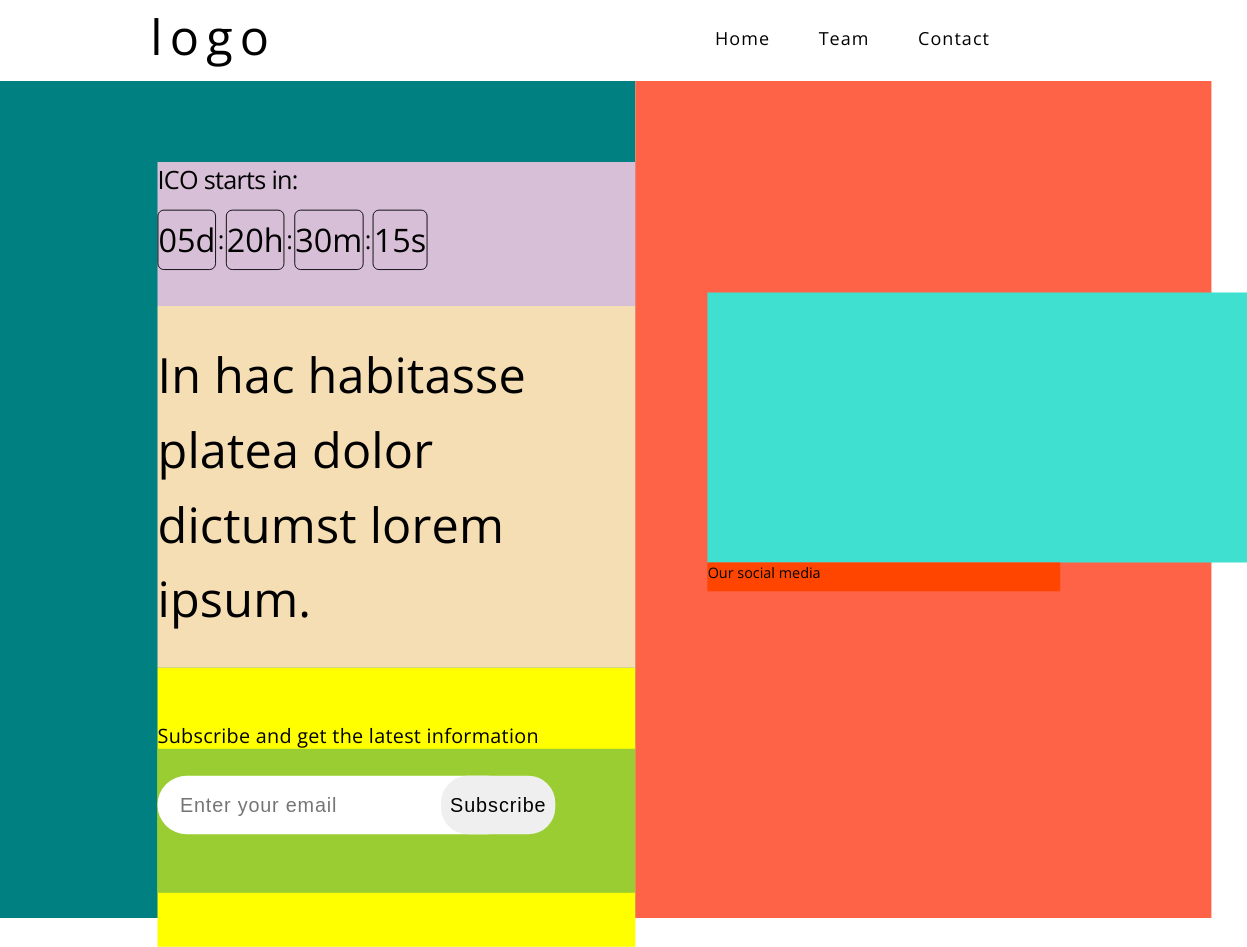
Repository: McGregorSt/newOne
Page: index.html
These files come from the project's save history. The page is drawn as it stood at one moment and after the next save; the edit follows.
The browser window is 1280 px wide. The page is 1386 px wide, so the pictures cover 1386 px, including what lies to the right of the window. The pictures show the whole page, at 90% of full size.

Above is the page before, as saved 2019-12-13 18:44:49.

### index.html
<!DOCTYPE html>
<html lang="en">
<head>
  <meta charset="UTF-8">
  <meta name="viewport" content="width=device-width, initial-scale=1.0">
  <meta http-equiv="X-UA-Compatible" content="ie=edge">
  <link rel="stylesheet" href="css/style.css">
  <link href="https://fonts.googleapis.com/css?family=Open+Sans:300,300i,400,400i,600,600i,700,700i,800,800i&display=swap" rel="stylesheet">
  <title>Ethworks</title>
</head>
<body>
  <div class="container">
    <section class="header">
      <div class="logo">logo</div>
      <ul class="menu">
        <li class="menu__item">Home</li>
        <li class="menu__item">Team</li>
        <li class="menu__item">Contact</li>
      </ul>
    </section>
    <section class="main">
      <div class="subs">
        <div class="subs__timer">
          <span class="subs__timer__header">ICO starts in:</span>
          <div class="subs__timer__global">
            <div class="subs__timer__item">05d</div>
            <div class="subs__timer__item">:</div>
            <div class="subs__timer__item">20h</div>
            <div class="subs__timer__item">:</div>
            <div class="subs__timer__item">30m</div>
            <div class="subs__timer__item">:</div>
            <div class="subs__timer__item">15s</div>
          </div>
        </div>
        <div class="subs__article">In hac habitasse platea dolor dictumst lorem ipsum.</div>
        <div class="subs__email">
          <span class="subs__email__header">Subscribe and get the latest information</span>
          <div class="subs__email__content">
            <input type="email" class="subs__email__input" placeholder="Enter your email">
            <button type="submit" class="subs__email__button">Subscribe</button>
          </div>
        </div>
      </div>
      <div class="media">
        <div class="media__media">
          <div class="media__player"></div>
          <div class="media__social">
            <span class="media__social__header">Our social media</span>
            <div class="media__social__tt"></div>
            <div class="media__social__fb"></div>
            <div class="media__social__md"></div>
            <div class="media__social__gh"></div>
            <div class="media__social__mail"></div>
        </div>
        </div>
      </div>
    </section>
    <section class="team"></section>
    <section class="footer"></section>
  </div>
</body>
<script src="js/app.js">


</script>
</html>

### css/style.css
body {
  margin: 0;
  padding: 0;
  box-sizing: border-box;
  font-family: 'Open Sans', sans-serif;
  overflow-y: scroll;
}
/* section header */
.header {
  height: 95px;
  margin: auto;
  margin-top: -5px;
  display: flex;
  justify-content: space-between;
  align-items: center;
  padding: 0 180px;
}
.logo {
  margin-left: -13px;
  margin-top: -5px;
  font-size: 54px;
  letter-spacing: 8px;
}
.menu {
  list-style: none;
  display: flex;
  letter-spacing: 1.15px;
  /* font-weight: 300; */
  /* justify-content: space-between; */
  font-size: 20px;
}
.menu__item {
  padding: 0 0 0 54px;
}


/* section main */
.main {
  height: 930px;
  display: flex;
}
.subs {
  width: 50%;
  font-size: 28px;
  background-color: teal;
  display: flex;
  flex-direction: column;
  padding: 90px 0 60px 175px;
}
.subs__timer {
  background-color: thistle;
}
.subs__timer__header {
  letter-spacing: -0.8px;
}
.subs__timer__global {
  width: 56.4%;
  display: flex;
  justify-content: space-between;
  padding: 15px 0 40px 0 ;
}
.subs__timer__item {
  width: 88px;
  height: 65px;
  display: flex;
  justify-content: center;
  align-items: center;
}
.subs__timer__item:nth-child(2n+2) {

}
.subs__timer__item:nth-child(2n+1) {
  width: 40%;
  border: 1px solid #000;
  font-size: 36px;
  border-radius: 7px;
}
.subs__article {
  font-size: 54px;
  letter-spacing: 0.2px;
  line-height: 83px;
  padding: 35px 0;
  background-color: wheat;

}
.subs__email {
  background-color: yellow;
  display: flex;
  flex-direction: column;
  font-size: 22px;
  letter-spacing: 0.3px;
  padding: 60px 0;
}
.subs__email__content {
  background-color: yellowgreen;
  height: 100px;
  padding: 30px 0;
}
.subs__email__input {
  height: 63%;
  width: 70%;
  border-radius: 40px;
  font-size: 22px;
  padding-left: 25px;
  letter-spacing: 0.9px;
  outline: none;
  border: 0;
}
.subs__email__input::placeholder {
  /* padding-left: 25px; */
}
.subs__email__button {
  height: 65%;
  width: 24%;
  margin-left: -90px;
  font-size: 22px;
  letter-spacing: 1.05px;
  border: 0;
  border-radius: 30px;
}

.media {
  /* height: 80%; */
  width: 50%;
  background-color: tomato;
  display: flex;
  flex-direction: column;
}
.media__media {
  padding: 235px 0 0 80px;
}
.media__player {
  width: 600px;
  height: 300px;
  background-color: turquoise;
}
.media__social {
  width: 70%;
  height: 10%;
  background-color: orangered;
}



/*
  section team
*/


/* section footer */

### js/app.js
let chi = document.querySelectorAll('.subs__timer__global:nth-child(2n+1)')
console.log(chi)

After the next save:
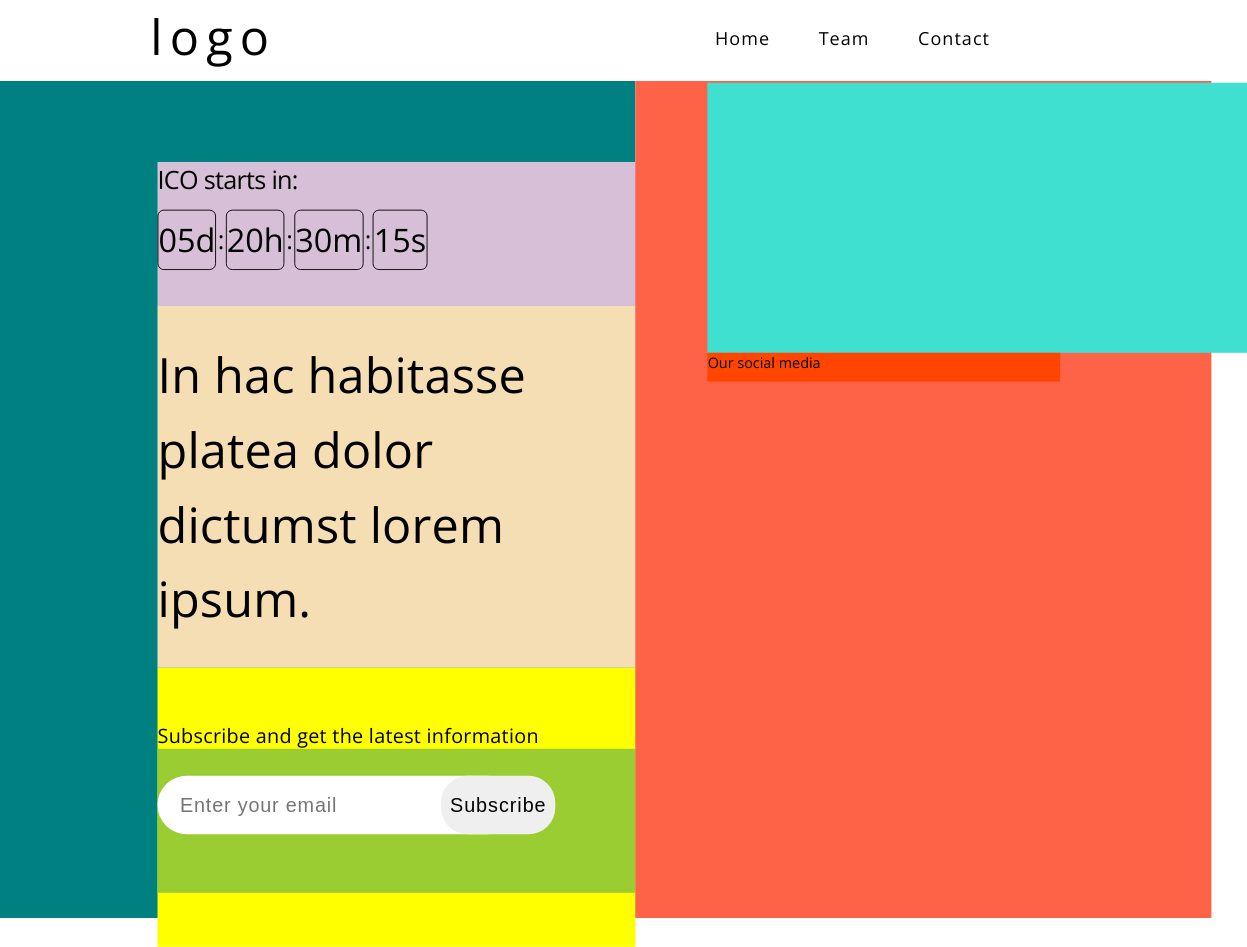
Saved 11 s later.
--- a/css/style.css
+++ b/css/style.css
@@ -127,7 +127,7 @@
   flex-direction: column;
 }
 .media__media {
-  padding: 235px 0 0 80px;
+  padding: 2px 0 0 80px;
 }
 .media__player {
   width: 600px;

After the save that followed:
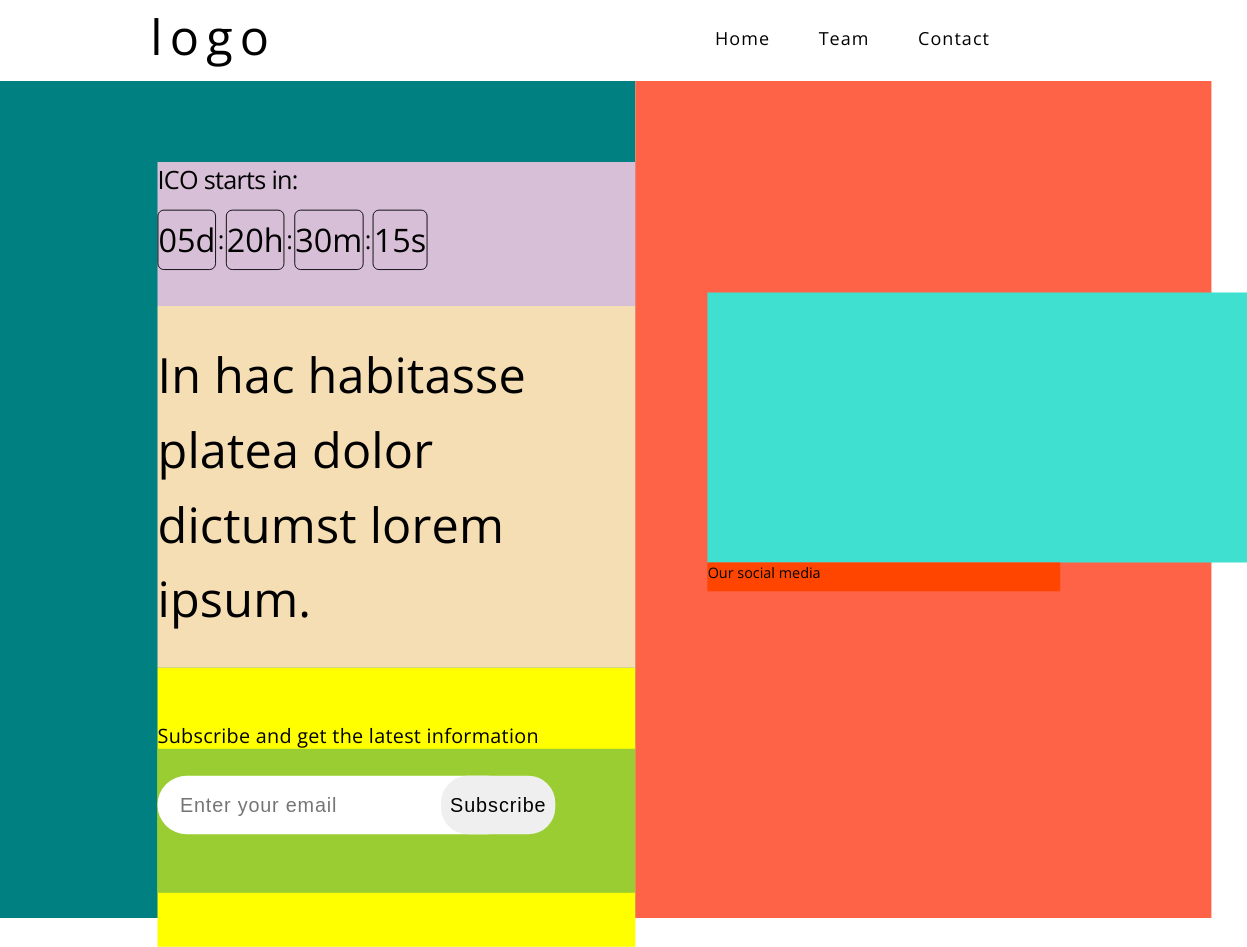
Saved 5 s later.
--- a/css/style.css
+++ b/css/style.css
@@ -127,7 +127,7 @@
   flex-direction: column;
 }
 .media__media {
-  padding: 2px 0 0 80px;
+  padding: 235px 0 0 80px;
 }
 .media__player {
   width: 600px;
